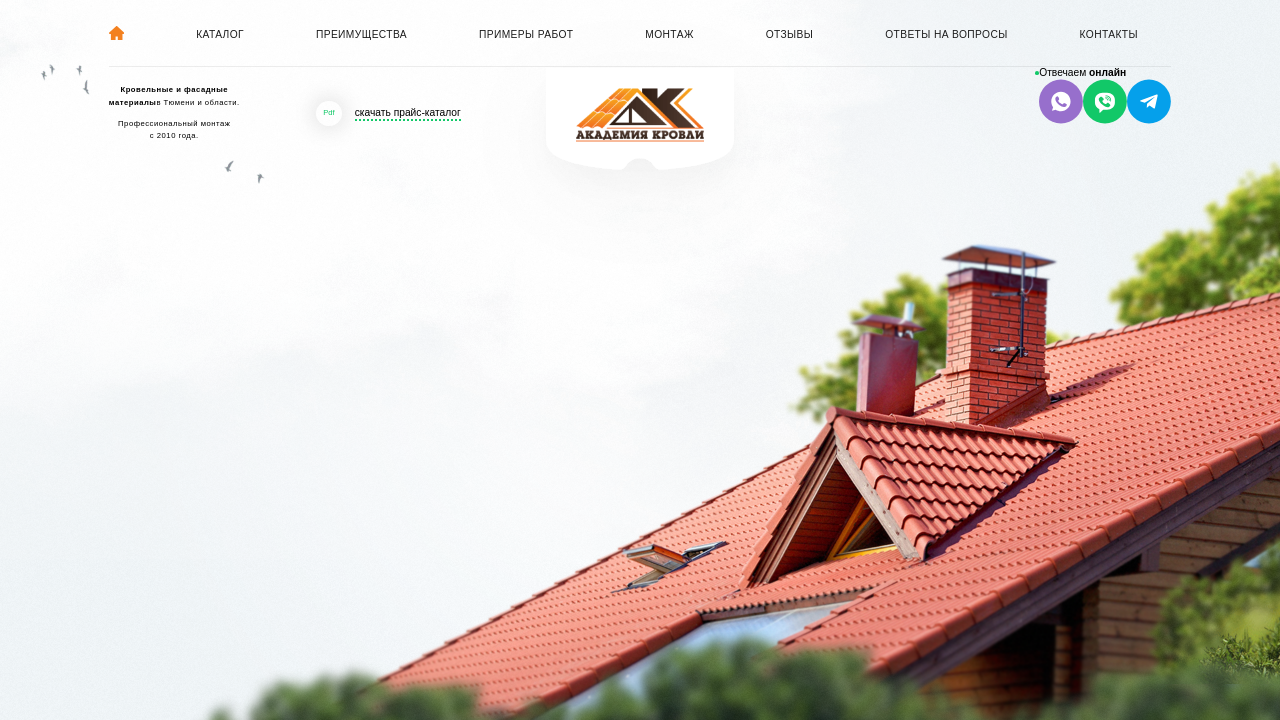
Repository: dima-hacker0/test_task_deyneka
Page: /
The author's editor kept a copy of each file at every save. The page is drawn from the files as they stood at one save, then again after the next save.
The browser window is 1280 px wide. The pictures show the whole page.
The project was rebuilt for these pictures with package versions that can differ from the ones it lists, and the page was loaded fresh each time.

Above is the page before, as saved 2022-06-22 18:24:38.

After the next save:
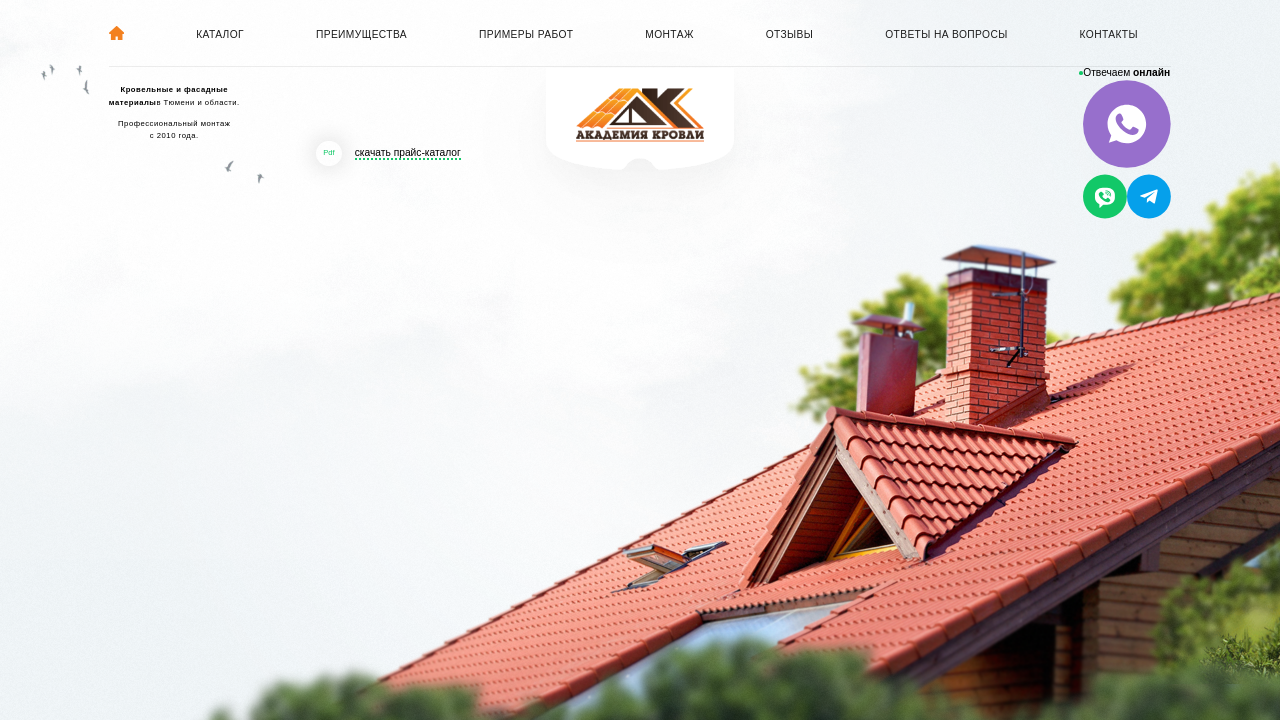
Saved 28 s later.
--- a/src/svg/svg.jsx
+++ b/src/svg/svg.jsx
@@ -69,8 +69,8 @@
     case "viber":
       return (
         <svg
-          width="44"
-          height="45"
+          //   width="44"
+          //   height="45"
           viewBox="0 0 44 45"
           fill="none"
           xmlns="http://www.w3.org/2000/svg"
